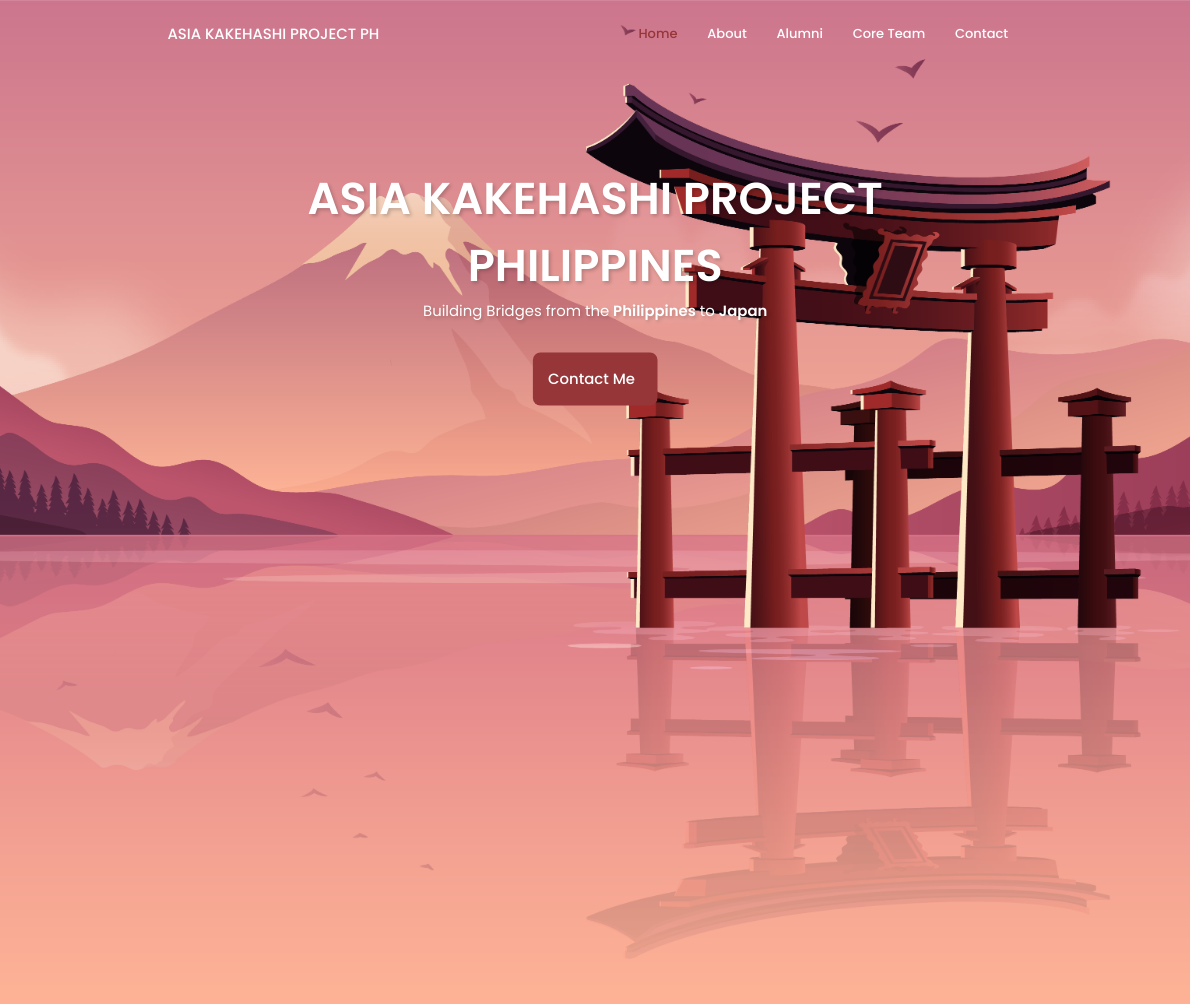
Repository: Aishie123/AKP-PH
Page: index.html
An editor plug-in stored every save of this project. The page is shown before and after the next save, followed by the edit.
The browser window is 1280 px wide. The pictures show the whole page, at 93% of full size.
Some icons come from a web library that is not loaded, so they are not drawn.

Above is the page before, as saved 2024-02-17 15:59:04.

After the next save:
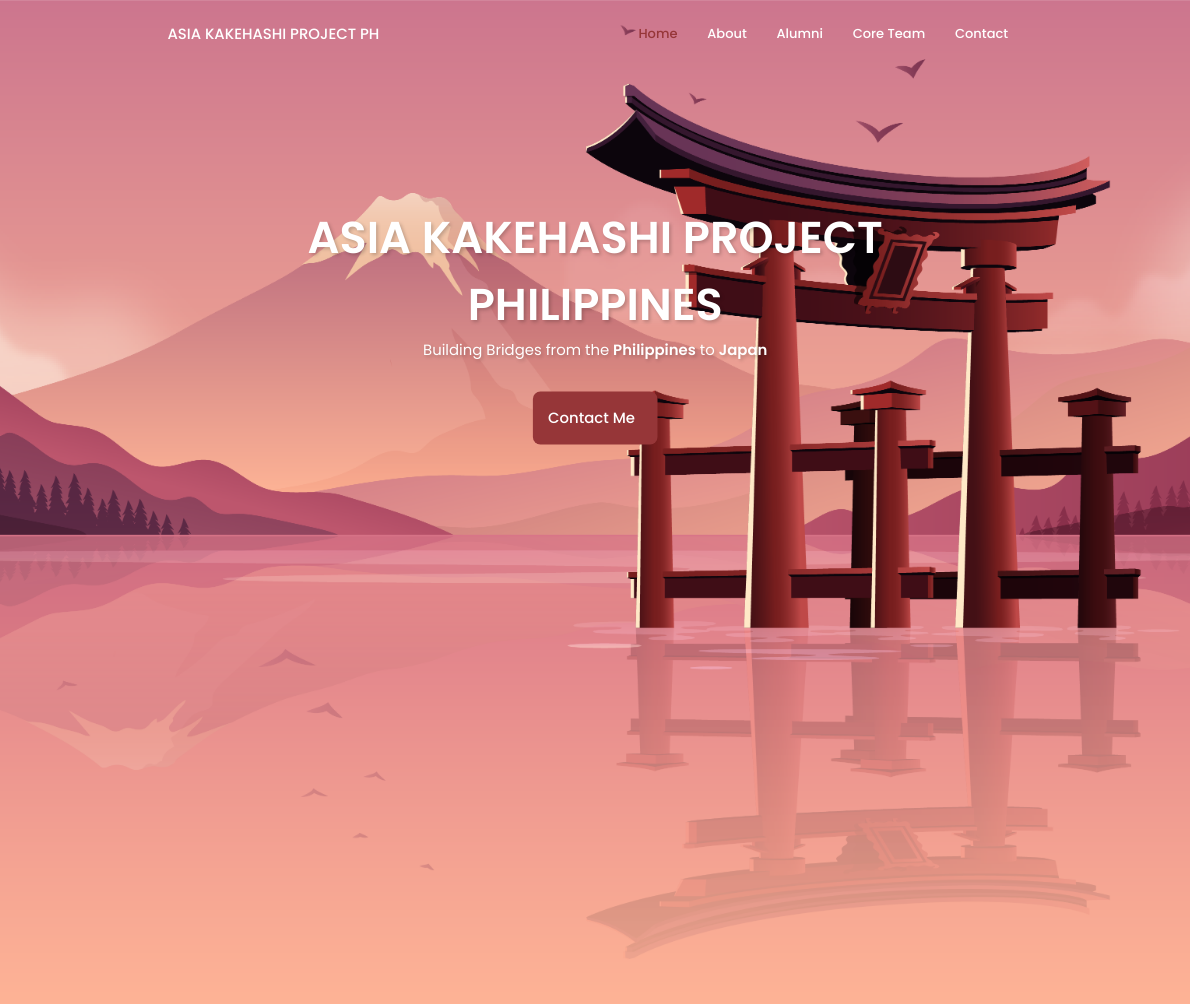
Saved 21 s later.
--- a/assets/css/styles.css
+++ b/assets/css/styles.css
@@ -565,9 +565,10 @@
     .home__container{
       row-gap: 5rem;
     }
-    .home__content{
-      padding-top: 0rem;
-      column-gap: 2rem;
+    .home__content {
+      position: relative;
+      padding-top: 3.5rem;
+      align-items: center;
     }
     .home__scroll{
       display: block;
